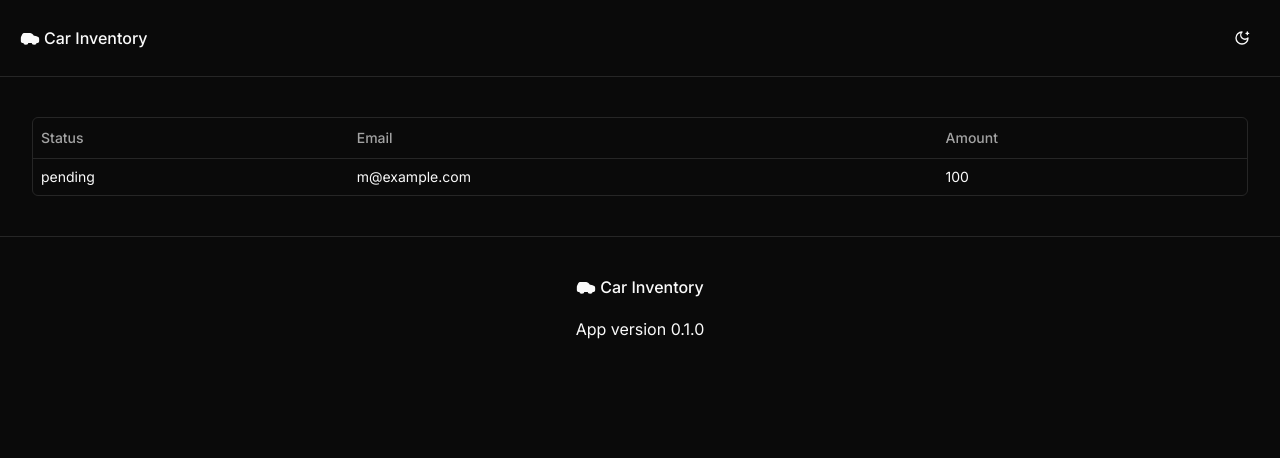
Repository: tushcmd/car-inventory
Page: /payments (app in frontend/)
An editor plug-in stored every save of this project. The page is shown before and after the next save, followed by the edit.
The browser window is 1280 px wide. The pictures show the whole page.
The project was rebuilt for these pictures with package versions that can differ from the ones it lists, and the page was loaded fresh each time. The framework's server and built-in components were replaced by stand-ins that run in the browser. Also part of the build but not shown: frontend/next.config.mjs.

Above is the page before, as saved 2024-05-12 02:47:51.

### frontend/app/layout.tsx
import type { Metadata } from "next";
import { Inter } from "next/font/google";
import "./globals.css";
import AppProviders from "@/components/providers/AppProviders";
import Navbar from '@/components/shared/Navbar';
import Footer from "@/components/shared/Footer";

const inter = Inter({ subsets: ["latin"] });

export const metadata: Metadata = {
  title: "Car Garage Inventory",
  description: "Nextjs Shadcnui Nodejs Express and MongoDB CRUD",
};

export default function RootLayout({
  children,
}: Readonly<{
  children: React.ReactNode;
}>) {
  return (
    <html lang="en" suppressHydrationWarning>
      <body className={inter.className}>
        <AppProviders>
          <Navbar />
          {children}
          <Footer />
        </AppProviders>
      </body>
    </html>
  );
}

### frontend/app/payments/page.tsx
import { Payment, columns } from "./columns"
import { DataTable } from "./data-table"

async function getData(): Promise<Payment[]> {
  // Fetch data from your API here.
  return [
    {
      id: "728ed52f",
      amount: 100,
      status: "pending",
      email: "m@example.com",
    },
    // ...
  ]
}

export default async function DemoPage() {
  const data = await getData()

  return (
    <div className="container mx-auto py-10">
      <DataTable columns={columns} data={data} />
    </div>
  )
}

### frontend/app/globals.css
@tailwind base;
@tailwind components;
@tailwind utilities;

@layer base {
  :root {
    --background: 0 0% 100%;
    --foreground: 0 0% 3.9%;

    --card: 0 0% 100%;
    --card-foreground: 0 0% 3.9%;

    --popover: 0 0% 100%;
    --popover-foreground: 0 0% 3.9%;

    --primary: 0 0% 9%;
    --primary-foreground: 0 0% 98%;

    --secondary: 0 0% 96.1%;
    --secondary-foreground: 0 0% 9%;

    --muted: 0 0% 96.1%;
    --muted-foreground: 0 0% 45.1%;

    --accent: 0 0% 96.1%;
    --accent-foreground: 0 0% 9%;

    --destructive: 0 84.2% 60.2%;
    --destructive-foreground: 0 0% 98%;

    --border: 0 0% 89.8%;
    --input: 0 0% 89.8%;
    --ring: 0 0% 3.9%;

    --radius: 0.5rem;
  }

  .dark {
    --background: 0 0% 3.9%;
    --foreground: 0 0% 98%;

    --card: 0 0% 3.9%;
    --card-foreground: 0 0% 98%;

    --popover: 0 0% 3.9%;
    --popover-foreground: 0 0% 98%;

    --primary: 0 0% 98%;
    --primary-foreground: 0 0% 9%;

    --secondary: 0 0% 14.9%;
    --secondary-foreground: 0 0% 98%;

    --muted: 0 0% 14.9%;
    --muted-foreground: 0 0% 63.9%;

    --accent: 0 0% 14.9%;
    --accent-foreground: 0 0% 98%;

    --destructive: 0 62.8% 30.6%;
    --destructive-foreground: 0 0% 98%;

    --border: 0 0% 14.9%;
    --input: 0 0% 14.9%;
    --ring: 0 0% 83.1%;
  }
}

@layer base {
  * {
    @apply border-border;
  }
  body {
    @apply bg-background text-foreground;
  }
}


@layer components {

  /* FONT SIZES */
  .h1 {
		@apply text-5xl lg:text-6xl font-bold;
	}
	.h2 {
		@apply sm:text-3xl text-4xl font-bold;
	}
	.h3 {
		@apply text-2xl font-medium;
	}
	.h4 {
		@apply text-xl sm:text-lg font-normal;
	}

  /* LAYOUTS  */
	.layout-container {
		@apply container mx-auto px-5;
	}

	.page-container {
		@apply container py-20 flex flex-col gap-16 max-w-7xl;
	}
}

### frontend/components/providers/AppProviders.tsx
'use client';

import { ThemeProvider } from 'next-themes';
import { FC, ReactNode } from 'react';

interface AppProvidersProps {
  children: ReactNode;
}


const AppProviders: FC<AppProvidersProps> = ({ children }) => {
  return (
    <>
      <ThemeProvider attribute="class" disableTransitionOnChange defaultTheme="dark" enableSystem>
        {children}

      </ThemeProvider>
    </>
  );
};

export default AppProviders;

### frontend/components/shared/Navbar.tsx
import React, { FC } from 'react';
import ThemeSwitcherButton from '../ui/ThemeSwitcher';
import Logo from './Logo';

const Navbar: FC = () => {
  return (
    <nav className="border-b py-5">
      <div className="layout-container flex justify-between items-center max-w-7xl">
        <Logo />
        <ThemeSwitcherButton />
      </div>
    </nav>
  );
};

export default Navbar;

### frontend/components/shared/Footer.tsx
import React, { FC } from 'react'
import Logo from './Logo'

const Footer: FC = () => {
  return (
    <footer className='border-t'>
        <div className='layout-container flex flex-col gap-5 items-center  justify-center py-10'>
            <Logo />
            <p>App version 0.1.0</p>
        </div>

    </footer>
  )
}

export default Footer

### frontend/app/payments/data-table.tsx
"use client"

import {
  ColumnDef,
  flexRender,
  getCoreRowModel,
  useReactTable,
} from "@tanstack/react-table"

import {
  Table,
  TableBody,
  TableCell,
  TableHead,
  TableHeader,
  TableRow,
} from "@/components/ui/table"

interface DataTableProps<TData, TValue> {
  columns: ColumnDef<TData, TValue>[]
  data: TData[]
}

export function DataTable<TData, TValue>({
  columns,
  data,
}: DataTableProps<TData, TValue>) {
  const table = useReactTable({
    data,
    columns,
    getCoreRowModel: getCoreRowModel(),
  })

  return (
    <div className="rounded-md border">
      <Table>
        <TableHeader>
          {table.getHeaderGroups().map((headerGroup) => (
            <TableRow key={headerGroup.id}>
              {headerGroup.headers.map((header) => {
                return (
                  <TableHead key={header.id}>
                    {header.isPlaceholder
                      ? null
                      : flexRender(
                          header.column.columnDef.header,
                          header.getContext()
                        )}
                  </TableHead>
                )
              })}
            </TableRow>
          ))}
        </TableHeader>
        <TableBody>
          {table.getRowModel().rows?.length ? (
            table.getRowModel().rows.map((row) => (
              <TableRow
                key={row.id}
                data-state={row.getIsSelected() && "selected"}
              >
                {row.getVisibleCells().map((cell) => (
                  <TableCell key={cell.id}>
                    {flexRender(cell.column.columnDef.cell, cell.getContext())}
                  </TableCell>
                ))}
              </TableRow>
            ))
          ) : (
            <TableRow>
              <TableCell colSpan={columns.length} className="h-24 text-center">
                No results.
              </TableCell>
            </TableRow>
          )}
        </TableBody>
      </Table>
    </div>
  )
}

### frontend/components/ui/ThemeSwitcher.tsx
"use client";

import { useTheme } from "next-themes";
import React, { FC, useEffect, useState } from "react";
import { SunIcon,  Laptop, MoonStarIcon } from "lucide-react";
import {
	DropdownMenu,
	DropdownMenuContent,
	DropdownMenuItem,
	DropdownMenuTrigger,
} from "./dropdown-menu";
import { Button } from "./button";

const themes = [
	{
		value: "light",
		label: "Light",
		icon: SunIcon,
	},
	{
		value: "dark",
		label: "Dark",
		icon: MoonStarIcon,
	},
	{
		value: "system",
		label: "System",
		icon: Laptop,
	},
];

const ThemeSwitcher: FC = () => {
  const [mounted, setMounted] = useState(false)
	const { theme, setTheme } = useTheme();
	const currentTheme = themes.find((t) => t.value === theme);
	const ThemeIcon = currentTheme?.icon

  useEffect(() => {
    setMounted(true)
  }, [])

	return mounted && (
		<div className="flex">
			<DropdownMenu  >
				<DropdownMenuTrigger asChild>
					<Button variant="ghost" size={"icon"}>{!!ThemeIcon && <ThemeIcon className="w-4 h-4"/>}</Button>
				</DropdownMenuTrigger>
				<DropdownMenuContent>
					{themes.map(({value, label}) => <DropdownMenuItem role="button" onClick={() => setTheme(value)} key={value}>{label}</DropdownMenuItem>)}
				</DropdownMenuContent>
			</DropdownMenu>
		</div>
	);
};

export default ThemeSwitcher;

### frontend/components/shared/Logo.tsx

import { Car } from "lucide-react";
import Link from "next/link";
import React, { FC } from "react";

const Logo: FC = () => {
	return (
		<Link href='/' className="flex items-center gap-1 component-focus rounded-md">
			<Car   className="w-5 h-5 fill-current" />
			<h1 className="inline-flex flex-col gap-0 leading-none font-medium">
				<p>Car Inventory</p>
			</h1>
		</Link>
	);
};

export default Logo;

### frontend/components/ui/table.tsx
import * as React from "react"

import { cn } from "@/lib/utils"

const Table = React.forwardRef<
  HTMLTableElement,
  React.HTMLAttributes<HTMLTableElement>
>(({ className, ...props }, ref) => (
  <div className="relative w-full overflow-auto">
    <table
      ref={ref}
      className={cn("w-full caption-bottom text-sm", className)}
      {...props}
    />
  </div>
))
Table.displayName = "Table"

const TableHeader = React.forwardRef<
  HTMLTableSectionElement,
  React.HTMLAttributes<HTMLTableSectionElement>
>(({ className, ...props }, ref) => (
  <thead ref={ref} className={cn("[&_tr]:border-b", className)} {...props} />
))
TableHeader.displayName = "TableHeader"

const TableBody = React.forwardRef<
  HTMLTableSectionElement,
  React.HTMLAttributes<HTMLTableSectionElement>
>(({ className, ...props }, ref) => (
  <tbody
    ref={ref}
    className={cn("[&_tr:last-child]:border-0", className)}
    {...props}
  />
))
TableBody.displayName = "TableBody"

const TableFooter = React.forwardRef<
  HTMLTableSectionElement,
  React.HTMLAttributes<HTMLTableSectionElement>
>(({ className, ...props }, ref) => (
  <tfoot
    ref={ref}
    className={cn(
      "border-t bg-muted/50 font-medium [&>tr]:last:border-b-0",
      className
    )}
    {...props}
  />
))
TableFooter.displayName = "TableFooter"

const TableRow = React.forwardRef<
  HTMLTableRowElement,
  React.HTMLAttributes<HTMLTableRowElement>
>(({ className, ...props }, ref) => (
  <tr
    ref={ref}
    className={cn(
      "border-b transition-colors hover:bg-muted/50 data-[state=selected]:bg-muted",
      className
    )}
    {...props}
  />
))
TableRow.displayName = "TableRow"

const TableHead = React.forwardRef<
  HTMLTableCellElement,
  React.ThHTMLAttributes<HTMLTableCellElement>
>(({ className, ...props }, ref) => (
  <th
    ref={ref}
    className={cn(
      "h-10 px-2 text-left align-middle font-medium text-muted-foreground [&:has([role=checkbox])]:pr-0 [&>[role=checkbox]]:translate-y-[2px]",
      className
    )}
    {...props}
  />
))
TableHead.displayName = "TableHead"

const TableCell = React.forwardRef<
  HTMLTableCellElement,
  React.TdHTMLAttributes<HTMLTableCellElement>
>(({ className, ...props }, ref) => (
  <td
    ref={ref}
    className={cn(
      "p-2 align-middle [&:has([role=checkbox])]:pr-0 [&>[role=checkbox]]:translate-y-[2px]",
      className
    )}
    {...props}
  />
))
TableCell.displayName = "TableCell"

const TableCaption = React.forwardRef<
  HTMLTableCaptionElement,
  React.HTMLAttributes<HTMLTableCaptionElement>
>(({ className, ...props }, ref) => (
  <caption
    ref={ref}
    className={cn("mt-4 text-sm text-muted-foreground", className)}
    {...props}
  />
))
TableCaption.displayName = "TableCaption"

export {
  Table,
  TableHeader,
  TableBody,
  TableFooter,
  TableHead,
  TableRow,
  TableCell,
  TableCaption,
}

### frontend/components/ui/dropdown-menu.tsx
"use client"

import * as React from "react"
import * as DropdownMenuPrimitive from "@radix-ui/react-dropdown-menu"
import {
  CheckIcon,
  ChevronRightIcon,
  DotFilledIcon,
} from "@radix-ui/react-icons"

import { cn } from "@/lib/utils"

const DropdownMenu = DropdownMenuPrimitive.Root

const DropdownMenuTrigger = DropdownMenuPrimitive.Trigger

const DropdownMenuGroup = DropdownMenuPrimitive.Group

const DropdownMenuPortal = DropdownMenuPrimitive.Portal

const DropdownMenuSub = DropdownMenuPrimitive.Sub

const DropdownMenuRadioGroup = DropdownMenuPrimitive.RadioGroup

const DropdownMenuSubTrigger = React.forwardRef<
  React.ElementRef<typeof DropdownMenuPrimitive.SubTrigger>,
  React.ComponentPropsWithoutRef<typeof DropdownMenuPrimitive.SubTrigger> & {
    inset?: boolean
  }
>(({ className, inset, children, ...props }, ref) => (
  <DropdownMenuPrimitive.SubTrigger
    ref={ref}
    className={cn(
      "flex cursor-default select-none items-center rounded-sm px-2 py-1.5 text-sm outline-none focus:bg-accent data-[state=open]:bg-accent",
      inset && "pl-8",
      className
    )}
    {...props}
  >
    {children}
    <ChevronRightIcon className="ml-auto h-4 w-4" />
  </DropdownMenuPrimitive.SubTrigger>
))
DropdownMenuSubTrigger.displayName =
  DropdownMenuPrimitive.SubTrigger.displayName

const DropdownMenuSubContent = React.forwardRef<
  React.ElementRef<typeof DropdownMenuPrimitive.SubContent>,
  React.ComponentPropsWithoutRef<typeof DropdownMenuPrimitive.SubContent>
>(({ className, ...props }, ref) => (
  <DropdownMenuPrimitive.SubContent
    ref={ref}
    className={cn(
      "z-50 min-w-[8rem] overflow-hidden rounded-md border bg-popover p-1 text-popover-foreground shadow-lg data-[state=open]:animate-in data-[state=closed]:animate-out data-[state=closed]:fade-out-0 data-[state=open]:fade-in-0 data-[state=closed]:zoom-out-95 data-[state=open]:zoom-in-95 data-[side=bottom]:slide-in-from-top-2 data-[side=left]:slide-in-from-right-2 data-[side=right]:slide-in-from-left-2 data-[side=top]:slide-in-from-bottom-2",
      className
    )}
    {...props}
  />
))
DropdownMenuSubContent.displayName =
  DropdownMenuPrimitive.SubContent.displayName

const DropdownMenuContent = React.forwardRef<
  React.ElementRef<typeof DropdownMenuPrimitive.Content>,
  React.ComponentPropsWithoutRef<typeof DropdownMenuPrimitive.Content>
>(({ className, sideOffset = 4, ...props }, ref) => (
  <DropdownMenuPrimitive.Portal>
    <DropdownMenuPrimitive.Content
      ref={ref}
      sideOffset={sideOffset}
      className={cn(
        "z-50 min-w-[8rem] overflow-hidden rounded-md border bg-popover p-1 text-popover-foreground shadow-md",
        "data-[state=open]:animate-in data-[state=closed]:animate-out data-[state=closed]:fade-out-0 data-[state=open]:fade-in-0 data-[state=closed]:zoom-out-95 data-[state=open]:zoom-in-95 data-[side=bottom]:slide-in-from-top-2 data-[side=left]:slide-in-from-right-2 data-[side=right]:slide-in-from-left-2 data-[side=top]:slide-in-from-bottom-2",
        className
      )}
      {...props}
    />
  </DropdownMenuPrimitive.Portal>
))
DropdownMenuContent.displayName = DropdownMenuPrimitive.Content.displayName

const DropdownMenuItem = React.forwardRef<
  React.ElementRef<typeof DropdownMenuPrimitive.Item>,
  React.ComponentPropsWithoutRef<typeof DropdownMenuPrimitive.Item> & {
    inset?: boolean
  }
>(({ className, inset, ...props }, ref) => (
  <DropdownMenuPrimitive.Item
    ref={ref}
    className={cn(
      "relative flex cursor-default select-none items-center rounded-sm px-2 py-1.5 text-sm outline-none transition-colors focus:bg-accent focus:text-accent-foreground data-[disabled]:pointer-events-none data-[disabled]:opacity-50",
      inset && "pl-8",
      className
    )}
    {...props}
  />
))
DropdownMenuItem.displayName = DropdownMenuPrimitive.Item.displayName

const DropdownMenuCheckboxItem = React.forwardRef<
  React.ElementRef<typeof DropdownMenuPrimitive.CheckboxItem>,
  React.ComponentPropsWithoutRef<typeof DropdownMenuPrimitive.CheckboxItem>
>(({ className, children, checked, ...props }, ref) => (
  <DropdownMenuPrimitive.CheckboxItem
    ref={ref}
    className={cn(
      "relative flex cursor-default select-none items-center rounded-sm py-1.5 pl-8 pr-2 text-sm outline-none transition-colors focus:bg-accent focus:text-accent-foreground data-[disabled]:pointer-events-none data-[disabled]:opacity-50",
      className
    )}
    checked={checked}
    {...props}
  >
    <span className="absolute left-2 flex h-3.5 w-3.5 items-center justify-center">
      <DropdownMenuPrimitive.ItemIndicator>
        <CheckIcon className="h-4 w-4" />
      </DropdownMenuPrimitive.ItemIndicator>
    </span>
    {children}
  </DropdownMenuPrimitive.CheckboxItem>
))
DropdownMenuCheckboxItem.displayName =
  DropdownMenuPrimitive.CheckboxItem.displayName

const DropdownMenuRadioItem = React.forwardRef<
  React.ElementRef<typeof DropdownMenuPrimitive.RadioItem>,
  React.ComponentPropsWithoutRef<typeof DropdownMenuPrimitive.RadioItem>
>(({ className, children, ...props }, ref) => (
  <DropdownMenuPrimitive.RadioItem
    ref={ref}
    className={cn(
      "relative flex cursor-default select-none items-center rounded-sm py-1.5 pl-8 pr-2 text-sm outline-none transition-colors focus:bg-accent focus:text-accent-foreground data-[disabled]:pointer-events-none data-[disabled]:opacity-50",
      className
    )}
    {...props}
  >
    <span className="absolute left-2 flex h-3.5 w-3.5 items-center justify-center">
      <DropdownMenuPrimitive.ItemIndicator>
        <DotFilledIcon className="h-4 w-4 fill-current" />
      </DropdownMenuPrimitive.ItemIndicator>
    </span>
    {children}
  </DropdownMenuPrimitive.RadioItem>
))
DropdownMenuRadioItem.displayName = DropdownMenuPrimitive.RadioItem.displayName

const DropdownMenuLabel = React.forwardRef<
  React.ElementRef<typeof DropdownMenuPrimitive.Label>,
  React.ComponentPropsWithoutRef<typeof DropdownMenuPrimitive.Label> & {
    inset?: boolean
  }
>(({ className, inset, ...props }, ref) => (
  <DropdownMenuPrimitive.Label
    ref={ref}
    className={cn(
      "px-2 py-1.5 text-sm font-semibold",
      inset && "pl-8",
      className
    )}
    {...props}
  />
))
DropdownMenuLabel.displayName = DropdownMenuPrimitive.Label.displayName

const DropdownMenuSeparator = React.forwardRef<
  React.ElementRef<typeof DropdownMenuPrimitive.Separator>,
  React.ComponentPropsWithoutRef<typeof DropdownMenuPrimitive.Separator>
>(({ className, ...props }, ref) => (
  <DropdownMenuPrimitive.Separator
    ref={ref}
    className={cn("-mx-1 my-1 h-px bg-muted", className)}
    {...props}
  />
))
DropdownMenuSeparator.displayName = DropdownMenuPrimitive.Separator.displayName

const DropdownMenuShortcut = ({
  className,
  ...props
}: React.HTMLAttributes<HTMLSpanElement>) => {
  return (
    <span
      className={cn("ml-auto text-xs tracking-widest opacity-60", className)}
      {...props}
    />
  )
}
DropdownMenuShortcut.displayName = "DropdownMenuShortcut"

export {
  DropdownMenu,
  DropdownMenuTrigger,
  DropdownMenuContent,
  DropdownMenuItem,
  DropdownMenuCheckboxItem,
  DropdownMenuRadioItem,
  DropdownMenuLabel,
  DropdownMenuSeparator,
  DropdownMenuShortcut,
  DropdownMenuGroup,
  DropdownMenuPortal,
  DropdownMenuSub,
  DropdownMenuSubContent,
  DropdownMenuSubTrigger,
  DropdownMenuRadioGroup,
}

### frontend/components/ui/button.tsx
import * as React from "react"
import { Slot } from "@radix-ui/react-slot"
import { cva, type VariantProps } from "class-variance-authority"

import { cn } from "@/lib/utils"

const buttonVariants = cva(
  "inline-flex items-center justify-center whitespace-nowrap rounded-md text-sm font-medium transition-colors focus-visible:outline-none focus-visible:ring-1 focus-visible:ring-ring disabled:pointer-events-none disabled:opacity-50",
  {
    variants: {
      variant: {
        default:
          "bg-primary text-primary-foreground shadow hover:bg-primary/90",
        destructive:
          "bg-destructive text-destructive-foreground shadow-sm hover:bg-destructive/90",
        outline:
          "border border-input bg-background shadow-sm hover:bg-accent hover:text-accent-foreground",
        secondary:
          "bg-secondary text-secondary-foreground shadow-sm hover:bg-secondary/80",
        ghost: "hover:bg-accent hover:text-accent-foreground",
        link: "text-primary underline-offset-4 hover:underline",
      },
      size: {
        default: "h-9 px-4 py-2",
        sm: "h-8 rounded-md px-3 text-xs",
        lg: "h-10 rounded-md px-8",
        icon: "h-9 w-9",
      },
    },
    defaultVariants: {
      variant: "default",
      size: "default",
    },
  }
)

export interface ButtonProps
  extends React.ButtonHTMLAttributes<HTMLButtonElement>,
    VariantProps<typeof buttonVariants> {
  asChild?: boolean
}

const Button = React.forwardRef<HTMLButtonElement, ButtonProps>(
  ({ className, variant, size, asChild = false, ...props }, ref) => {
    const Comp = asChild ? Slot : "button"
    return (
      <Comp
        className={cn(buttonVariants({ variant, size, className }))}
        ref={ref}
        {...props}
      />
    )
  }
)
Button.displayName = "Button"

export { Button, buttonVariants }

Loaded but not shown: frontend/app/payments/columns.tsx (common file); frontend/lib/utils.ts (common file); frontend/tailwind.config.ts (common file)

After the next save:
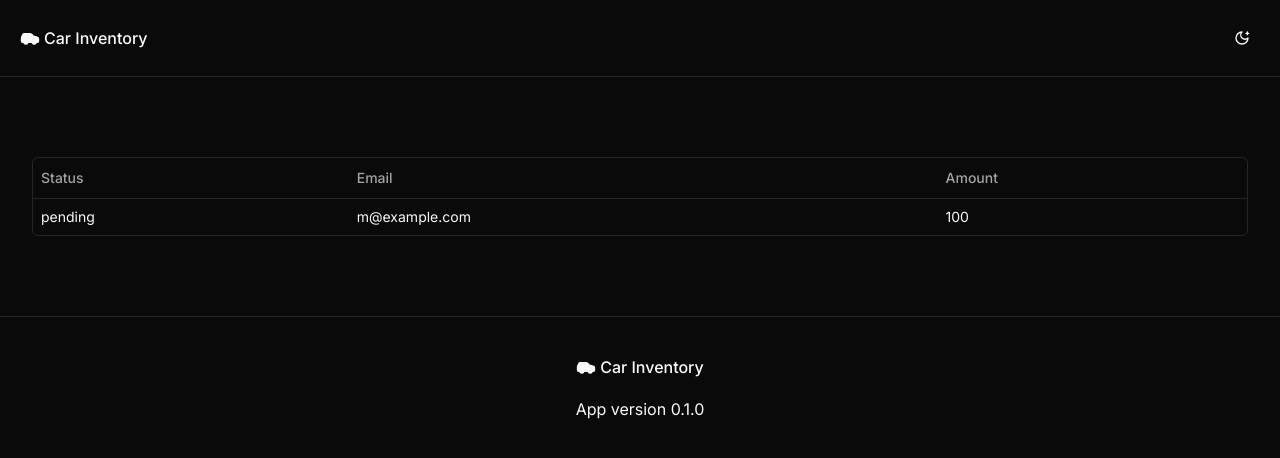
Saved 5 min 5 s later.
--- a/frontend/app/payments/page.tsx
+++ b/frontend/app/payments/page.tsx
@@ -18,7 +18,7 @@ export default async function DemoPage() {
   const data = await getData()
 
   return (
-    <div className="container mx-auto py-10">
+    <div className="page-container">
       <DataTable columns={columns} data={data} />
     </div>
   )
